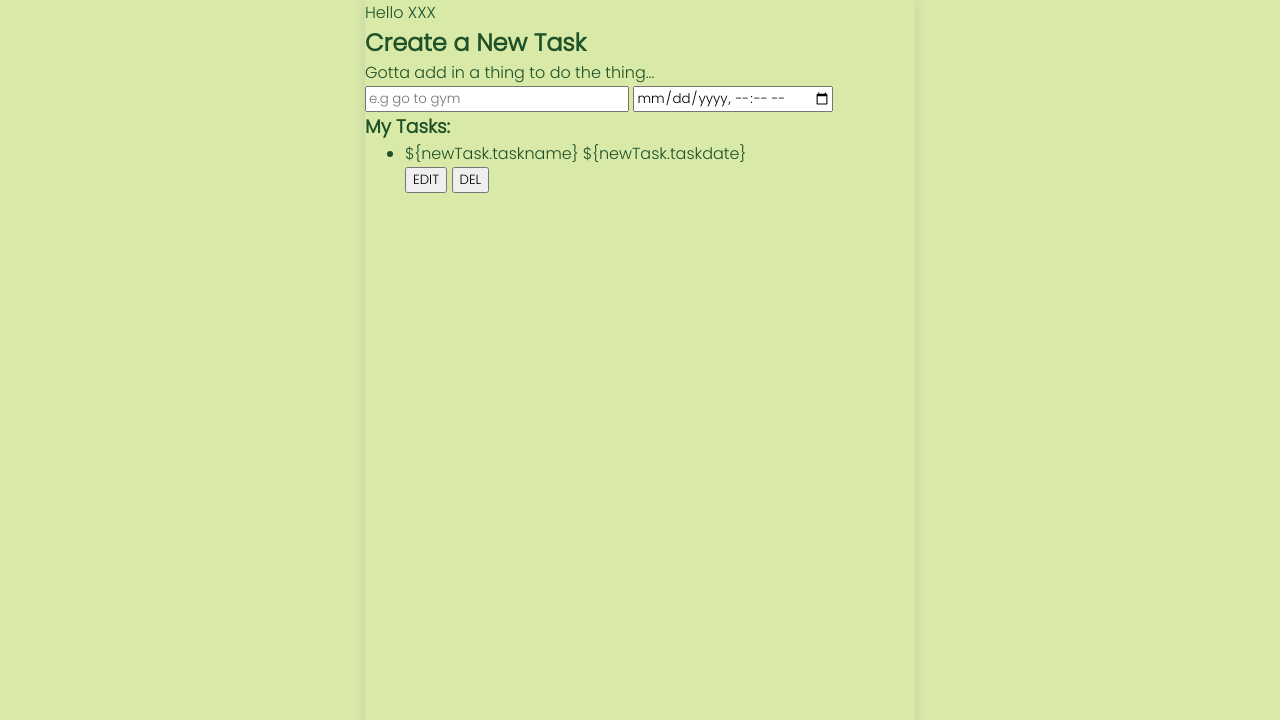
Repository: acidpixie/todo-app-version3
Page: index.html
The author's editor kept a copy of each file at every save. The page is drawn from the files as they stood at one save, then again after the next save.
The browser window is 1280 px wide. The pictures show the whole page.

Above is the page before, as saved 2022-06-11 15:28:17.

After the next save:
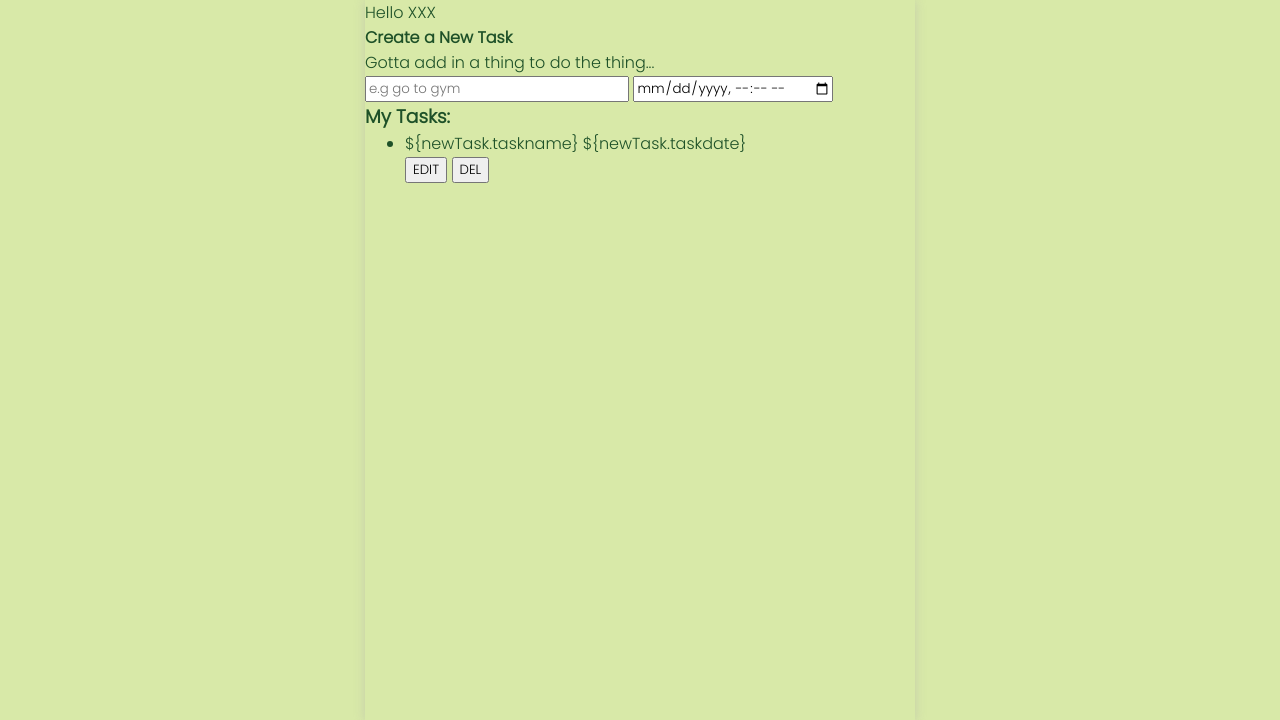
Saved 6 s later.
--- a/index.html
+++ b/index.html
@@ -22,7 +22,7 @@
         <header>Hello XXX</header>
 
         <div>
-            <h2>Create a New Task</h2>
+            <h4>Create a New Task</h4>
             <form>
                 <label>Gotta add in a thing to do the thing...</label>
                 <input type="text" id="input-task" placeholder="e.g go to gym">
